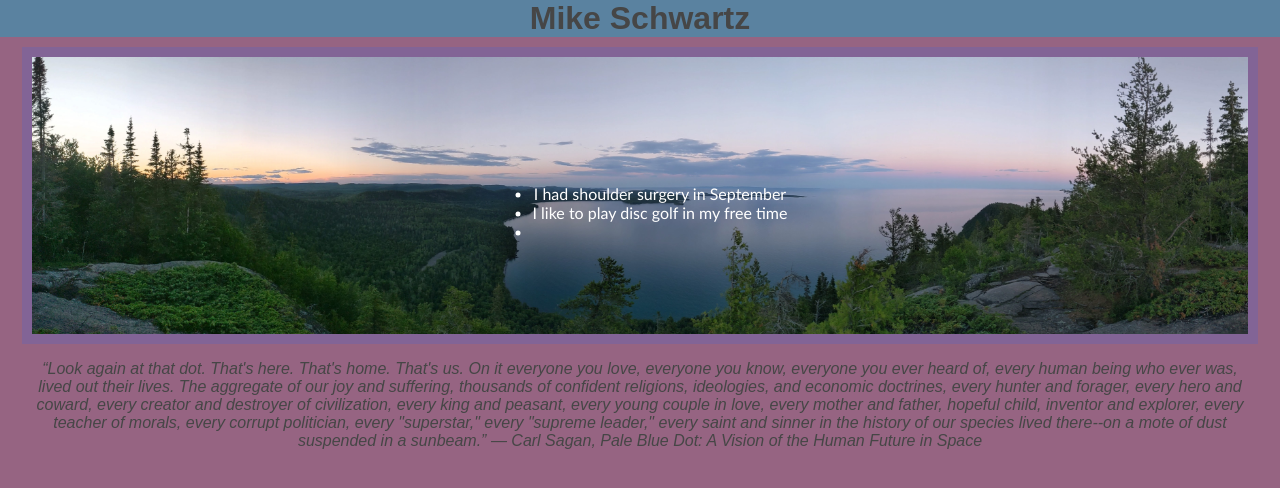
Repository: Ellusionism/prime-pw-week-1-assignment
Page: assignment/index.html
An editor plug-in stored every save of this project. The page is shown before and after a run of saves, followed by the edit.
The browser window is 1280 px wide. The pictures show the whole page.

Above is the page before, as saved 2022-10-26 16:12:26.

### assignment/index.html
<!DOCTYPE html>
<html>
<head>
    <meta charset="utf-8" />
    <meta http-equiv="X-UA-Compatible" content="IE=edge">
    <!-- Change the <title> from "Page Title" to "Hello World" -->
    <title>Hello World</title>
    <meta name="viewport" content="width=device-width, initial-scale=1">

    <link rel="stylesheet" type="text/css" media="screen" href="style.css" />
</head>
<body>
    <!-- Create a header element  -->
    <header>
        <h1 class="name">Mike Schwartz</h1>
    </header>
    <!-- Inside the header, add an <h1> element containing your name -->

    <!-- Include an image -->
    <div class="container">
        <img src="mtjosephine.jpg" alt="Mount Josephine summit view" class="img">

        <ul class="fun-facts">
            <li>I had shoulder surgery in September</li>
            <li>I like to play disc golf in my free time</li>
            <li></li>
        </ul>
    </div>
    <!-- Create an unordered list with 3 list items of fun facts about you -->

    <!-- Create a footer element -->
    <footer class="fav-quote clearfix">
        <p>“Look again at that dot. That's here. That's home. That's us. On it everyone you love, everyone you know, everyone you ever heard of, every human being who ever was, lived out their lives. The aggregate of our joy and suffering, thousands of confident religions, ideologies, and economic doctrines, every hunter and forager, every hero and coward, every creator and destroyer of civilization, every king and peasant, every young couple in love, every mother and father, hopeful child, inventor and explorer, every teacher of morals, every corrupt politician, every "superstar," every "supreme leader," every saint and sinner in the history of our species lived there--on a mote of dust suspended in a sunbeam.”
            ― Carl Sagan, Pale Blue Dot: A Vision of the Human Future in Space</p>
    </footer>
    <!-- Inside your footer, put a <p> element with your favorite quote -->
</body>
</html>

### assignment/style.css
/* Give your page a fun background color */
body {
 background-color: rgb(150, 100, 130);
 margin: 0;
 font-family: Arial, Helvetica, sans-serif;
}
/* Make the header and footer a different color from the background */
header {
 background-color: rgb(90, 130, 160);
 margin-bottom: 10px;
}
/* Align the h1 containing your name in the center of the header*/
.name {
 color:rgb(70, 70, 70);
 text-align: center;
 margin: 0;
}
/* Make your p tag a different color and italic */
.fav-quote {
 margin: 0 2.5%;
 color: rgb(70, 70, 70);
 font-style: italic;
 text-align: center;

}
/* Put a border around your image */
.img {
 border: 10px solid  rgb(130, 100, 150);
 padding: 0;
 display: block;
 margin: auto;
 max-height: 100%;
 max-width: 95%;
}
/* Change the font-family of your list */
.fun-facts {
 color: #fff;
 font-family:'Gill Sans', 'Gill Sans MT', Calibri, 'Trebuchet MS', sans-serif;
 position: absolute;
 top: 50%;
 left: 50%;
 transform: translate(-50%, -50%);
}
 .container {
  position: relative;
  text-align: center;
 }

After the next 2 saves:
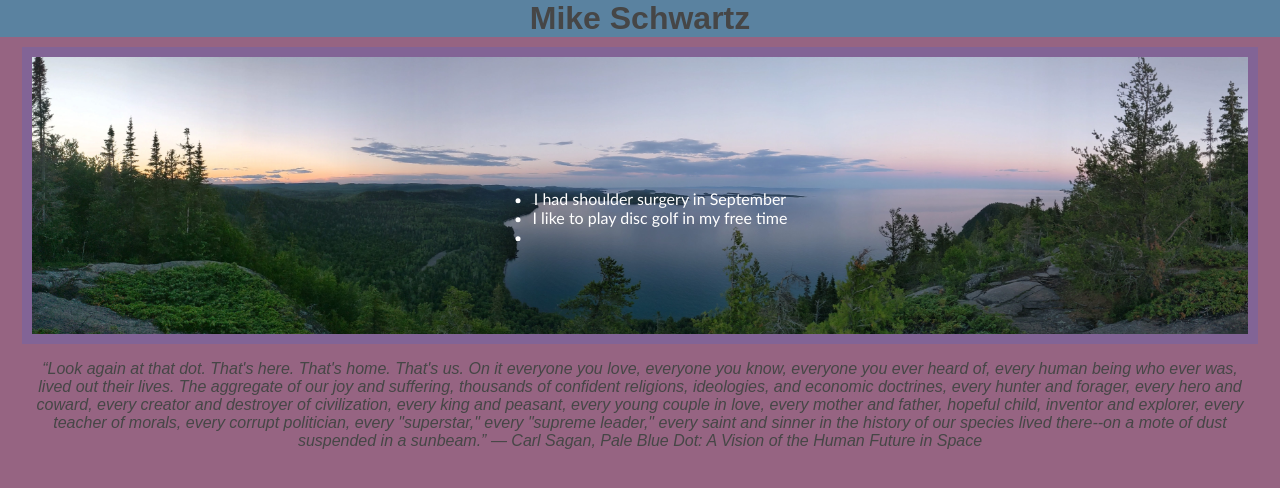
The 2 saves are shown as one change because they came seconds apart.
The last was saved 7 s later.
--- a/assignment/style.css
+++ b/assignment/style.css
@@ -39,7 +39,7 @@ header {
  position: absolute;
  top: 50%;
  left: 50%;
- transform: translate(-50%, -50%);
+ transform: translate(-50%, -40%);
 }
  .container {
   position: relative;
